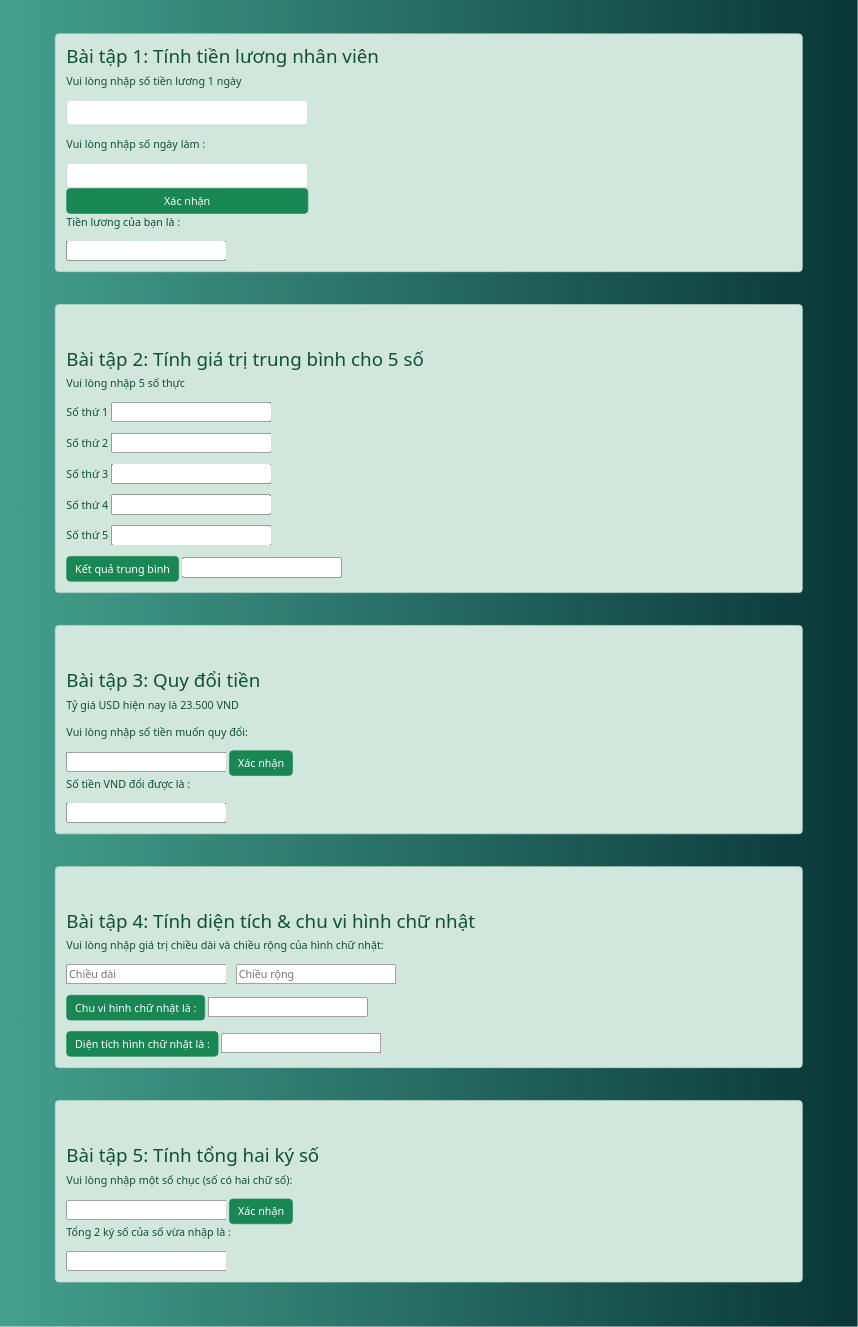
Repository: hcozyph/TranHuuPhuoc_BC43_BT_JS_Buoi2
Page: index.html
An editor plug-in stored every save of this project. The page is shown before and after the next save, followed by the edit.
The browser window is 1280 px wide. The pictures show the whole page, at 67% of full size.

Above is the page before, as saved 2023-02-03 20:40:01.

After the next save:
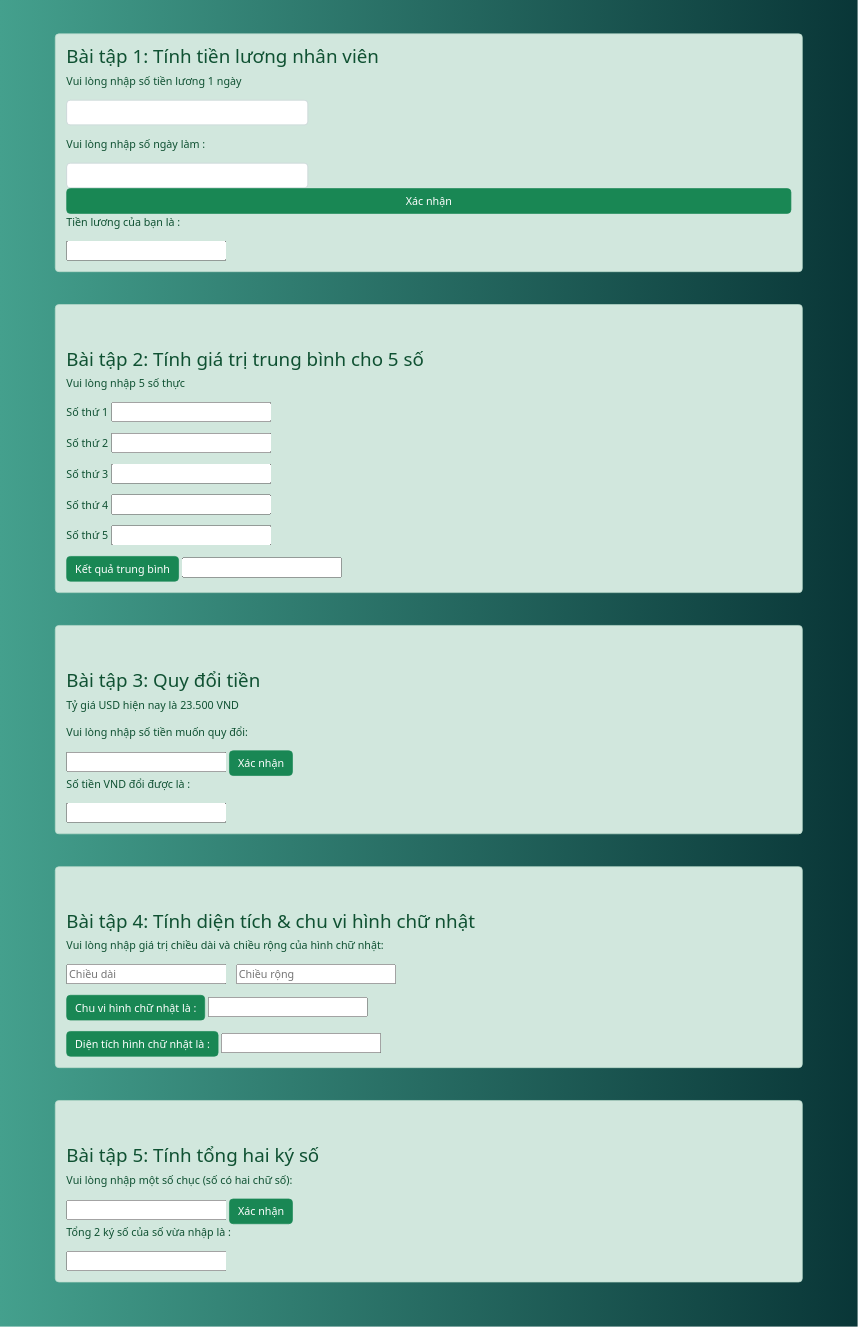
Saved 28 s later.
--- a/index.html
+++ b/index.html
@@ -68,15 +68,13 @@
                         />
                     </div>
 
-                    <div class="col-4">
-                        <button
-                            class="btn btn-success col-12"
-                            id="btnXacNhan"
-                            onclick="inputSoNgayLam()"
-                        >
-                            Xác nhận
-                        </button>
-                    </div>
+                    <button
+                        class="btn btn-success col-12"
+                        id="btnXacNhan"
+                        onclick="inputSoNgayLam()"
+                    >
+                        Xác nhận
+                    </button>
 
                     <p>Tiền lương của bạn là :</p>
                     <input type="text" id="result" />

After the save that followed:
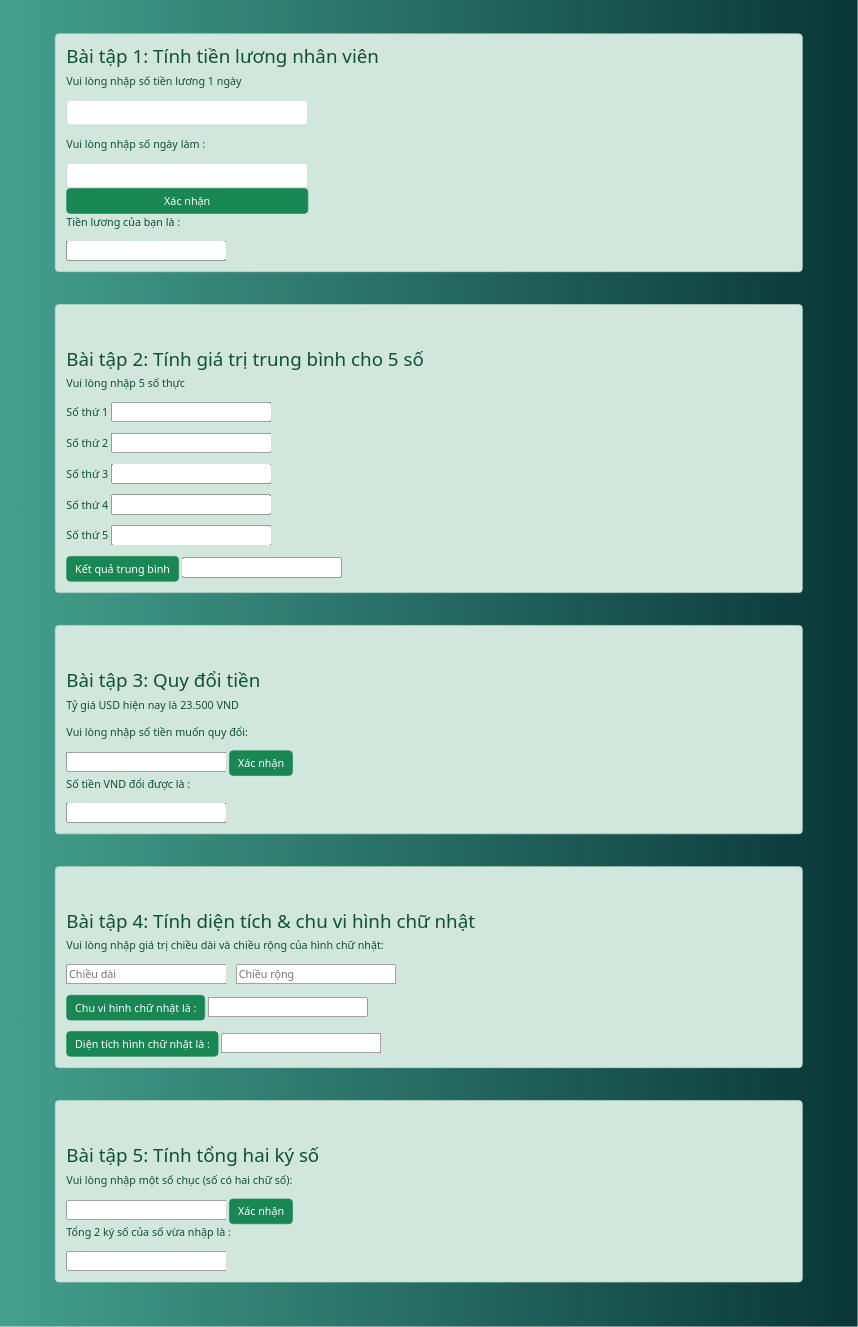
Saved 7 s later.
--- a/index.html
+++ b/index.html
@@ -69,7 +69,7 @@
                     </div>
 
                     <button
-                        class="btn btn-success col-12"
+                        class="btn btn-success col-4"
                         id="btnXacNhan"
                         onclick="inputSoNgayLam()"
                     >
